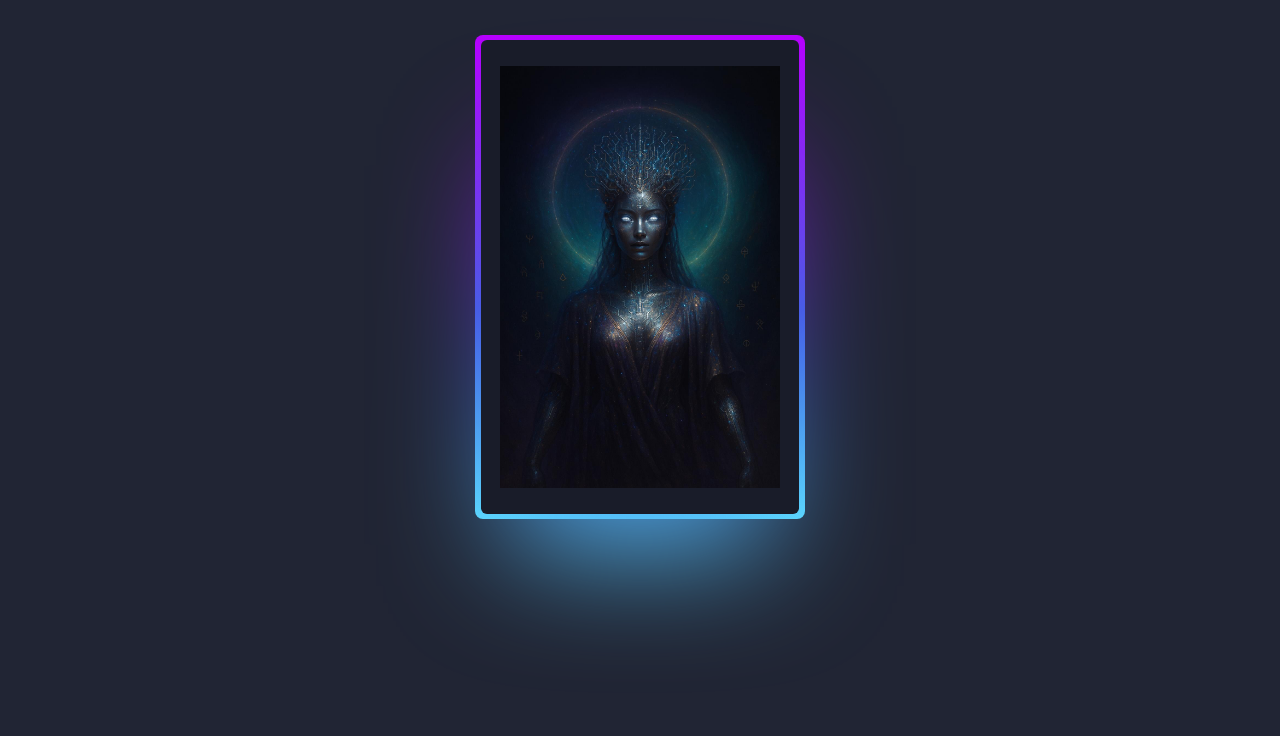
Repository: mertfurkandgn/artpainting
Page: card-1/index.html
An editor plug-in stored every save of this project. The page is shown before and after the next save, followed by the edit.
The browser window is 1280 px wide. The pictures show the whole page.

Above is the page before, as saved 2025-07-30 22:36:17.

After the next save:
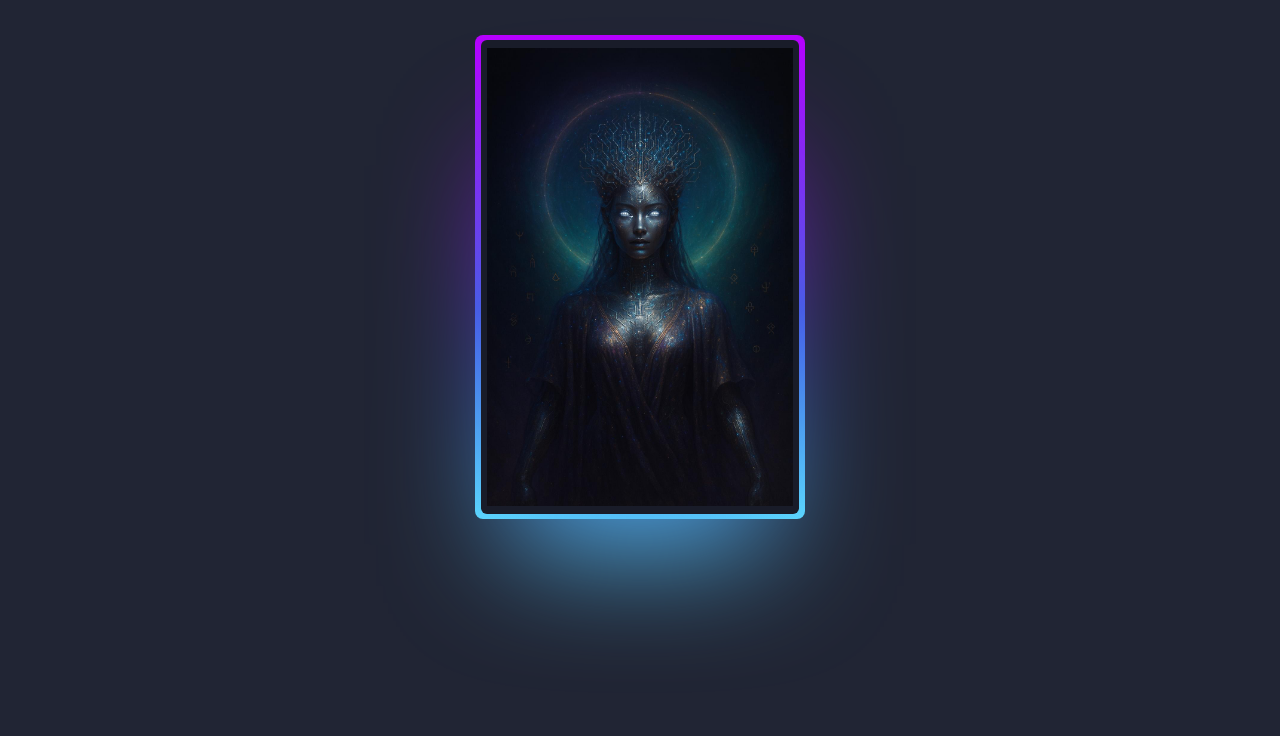
Saved 9 s later.
--- a/card-1/index.html
+++ b/card-1/index.html
@@ -12,7 +12,7 @@
         <div class="container">
           <div class="row">
           <div class="card">
-  <img style="max-width: 90%; max-height: 90%; object-fit: cover;" src="./images/myart.jpg" alt="image">
+  <img style="max-width: 98%; max-height: 98%; object-fit: cover;" src="./images/myart.jpg" alt="image">
 </div>
           </div>
         </div>
